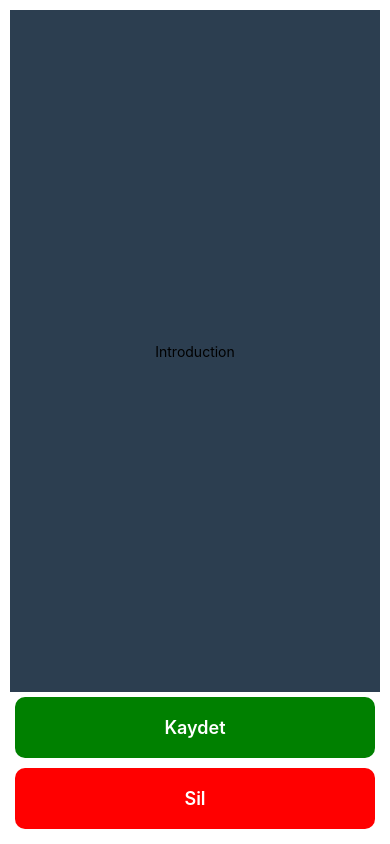
Repository: Kubraaygun/ReactNativeMVVM
Screen: /
The author's editor kept a copy of each file at every save. The screen is drawn from the files as they stood at one save, then again after the next save.
The app was drawn by React Native's web renderer in a window 390 px wide. The project was rebuilt for these pictures with package versions that can differ from the ones it lists, and the page was loaded fresh each time.

Above is the screen before, as saved 2024-12-12 01:21:42.

After the next save:
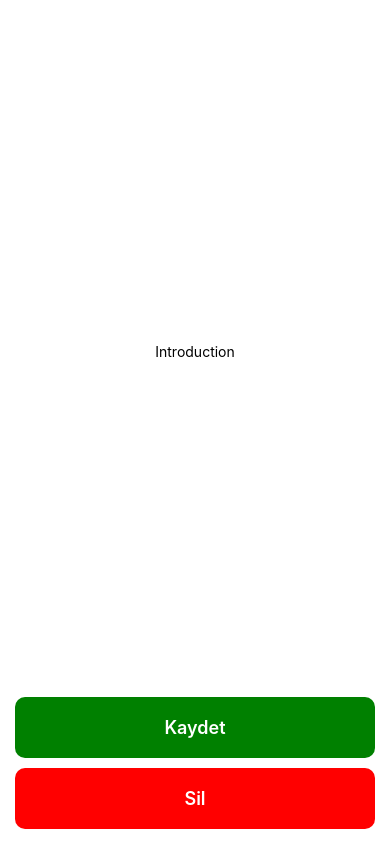
Saved 45 s later.
--- a/src/components/home/introduction.jsx
+++ b/src/components/home/introduction.jsx
@@ -17,7 +17,7 @@ const styles = StyleSheet.create({
     flex: 1,
     justifyContent: 'center',
     alignItems: 'center',
-    backgroundColor: '#2c3e50',
+    backgroundColor: '#plum',
   },
 });
 
